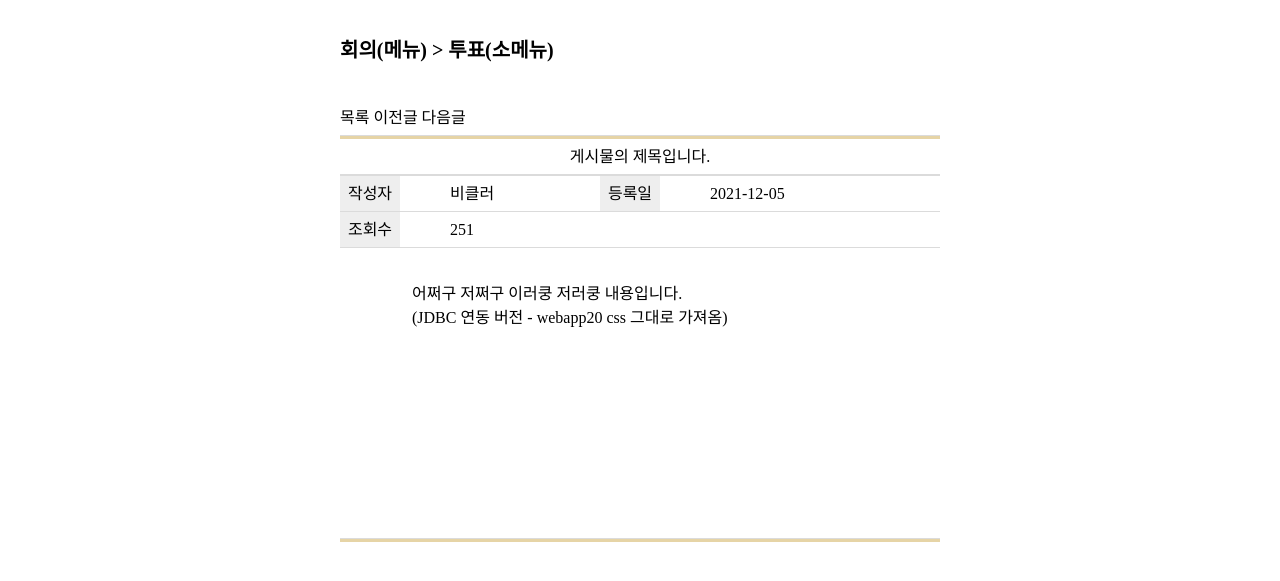
Repository: hyodii/FinalProject
Page: http://localhost/ViewPage/pageInCommon.jsp
The author's editor kept a copy of each file at every save. The page is drawn from the files as they stood at one save, then again after the next save.
The browser window is 1280 px wide. The pictures show the whole page.
The page is served by Tomcat 9.

Above is the page before, as saved 2021-12-05 14:36:28.

After the next save:
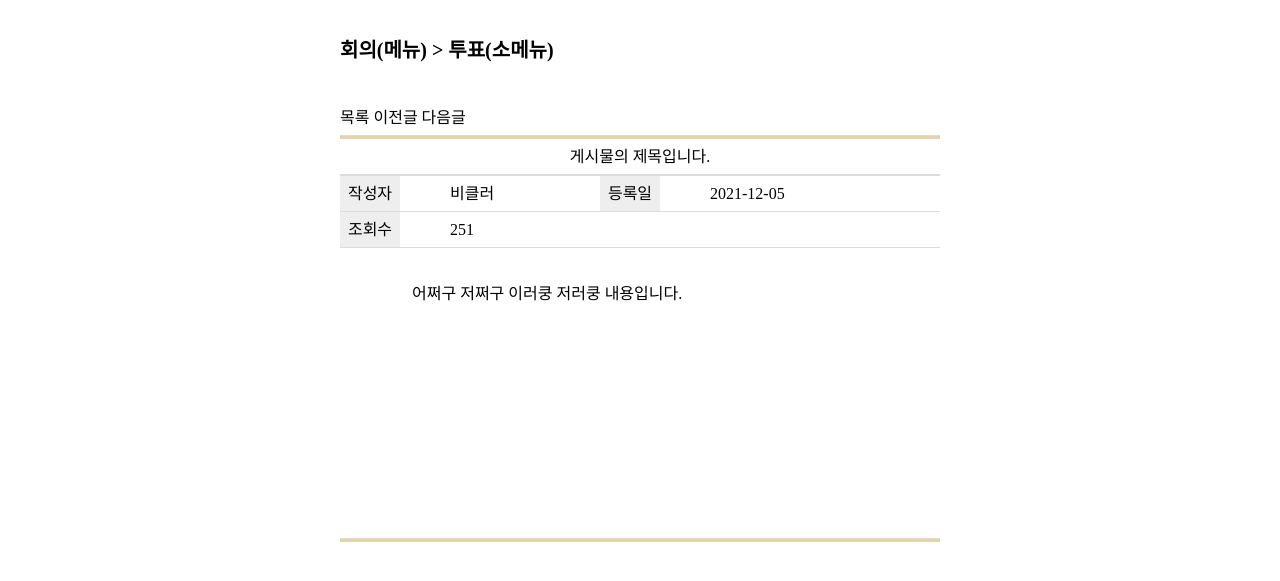
Saved 9 s later.
--- a/ViewPage/WebContent/pageInCommon.jsp
+++ b/ViewPage/WebContent/pageInCommon.jsp
@@ -134,18 +134,15 @@
 
 		<div id="bbsArticle_header">
 			게시물의 제목입니다.
-			<%-- <%=dto.getSubject() %> --%>
 		</div>
 
 		<div class="bbsArticle_bottomLine">
 			<dl>
 				<dt>작성자</dt>
 				<dd>비클러</dd>
-				<%-- <dd><%=dto.getName() %></dd> --%>
 
 				<dt>등록일</dt>
 				<dd>2021-12-05</dd>
-				<%-- <dd><%=lineSu %></dd> --%>
 			</dl>
 		</div>
 
@@ -153,7 +150,6 @@
 			<dl>
 				<dt>조회수</dt>
 				<dd>251</dd>
-				<%-- <dd><%=dto.getHitCount() %></dd> --%>
 			</dl>
 		</div>
 
@@ -162,8 +158,6 @@
 				<tr>
 					<td style="padding: 10px 40px 10px 10px; vertical-align: top; height: 150">
 						어쩌구 저쩌구 이러쿵 저러쿵 내용입니다.<br>
-						(JDBC 연동 버전 - webapp20 css 그대로 가져옴)
-						<%-- <%=dto.getContent() %> --%>
 					</td>
 				</tr>
 			</table>
